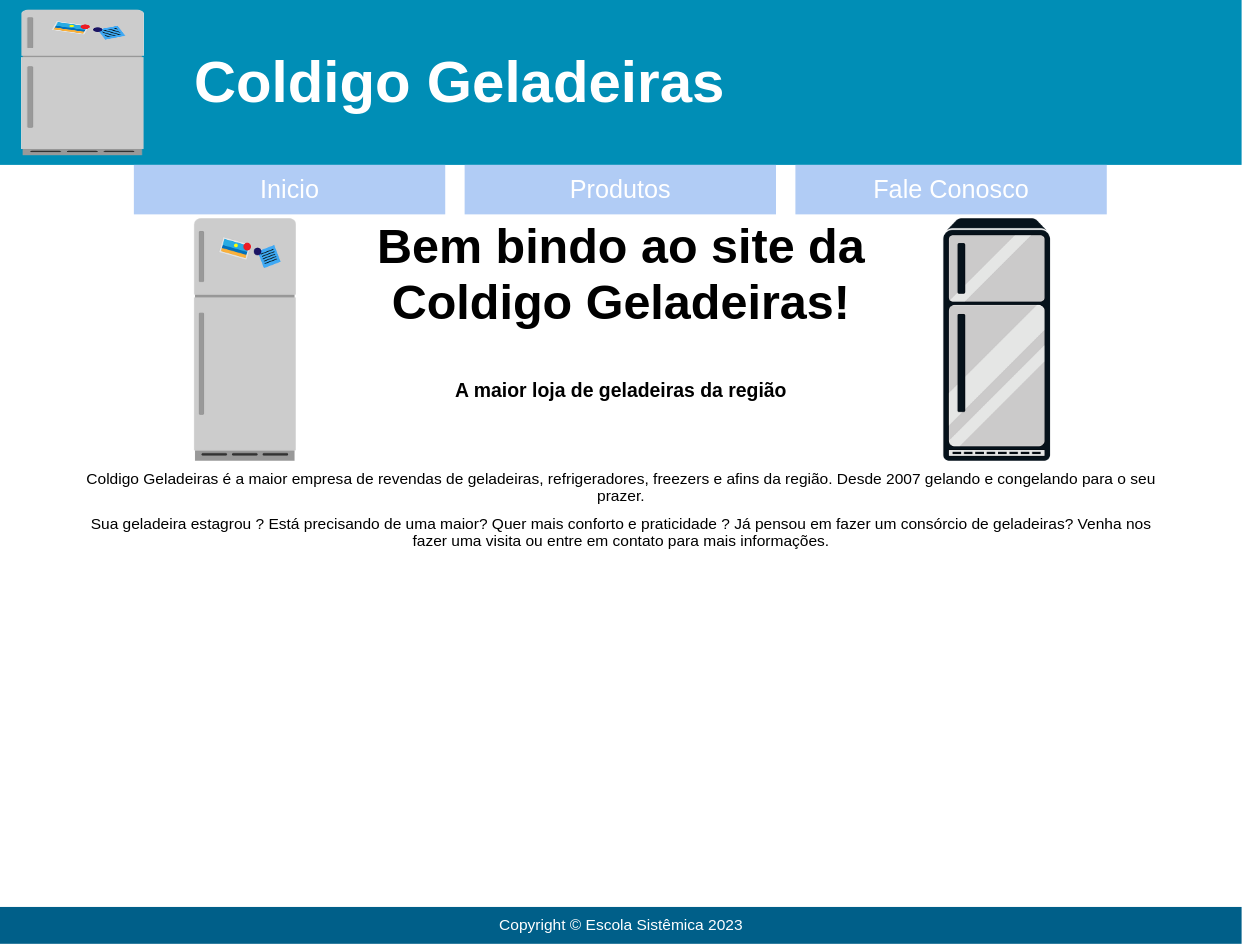
Repository: Fernandowarmling/Senai_Coldigo_Geladeiras
Page: Senai_ProjetoTilhaWeb/ProjetoTrilhaWeb/src/main/webapp/index.html
These files come from the project's save history. The page is drawn as it stood at one moment and after the next save; the edit follows.
The browser window is 1280 px wide. The pictures show the whole page, at 97% of full size.

Above is the page before, as saved 2023-05-30 22:32:31.

### Senai_ProjetoTilhaWeb/ProjetoTrilhaWeb/src/main/webapp/index.html
<!DOCTYPE html>
<html lang="pt-br">

<head>
    <meta charset="UTF-8">
    <meta name="descripiton" content="Site da Coldigos Refrigeração">
    <meta name="keywords" content="Geladeiras, Frost-Free, Refrigeração">
    <meta name="author" content="Escola Sistêmica">
    <meta name="viewport" content="width=device-width, initial-scale=1.0">
    <title>Coldigo Geladeiras</title>
    <link rel="stylesheet" type="text/css" href="css/site.css">
        <script src="https://code.jquery.com/jquery-3.6.4.min.js" integrity="sha256-oP6HI9z1XaZNBrJURtCoUT5SUnxFr8s3BzRl+cbzUq8=" crossorigin="anonymous"></script>
    <script src="js/site.js"></script>
</head>

<body>
    <header>
    </header>
    <nav>
    </nav>
    <section>
        <div id="topo">
            <img src="../../webapp/imgs/geladeira1.png" alt="imagem de uma geladeira" class="geladeira esquerda">
            <div id="titulos">
                <h2 class="indexsectionh2">Bem bindo ao site da <br>Coldigo Geladeiras!</h2>
                <h3 class="indexsectionh3">A maior loja de geladeiras da região</h3>
            </div>
            <img src="../WebContent/imgs/geladeira2.png" alt="Imagem de uma geladeira" class="geladeira direita">
        </div>
        <p>Coldigo Geladeiras é a maior empresa de revendas de geladeiras, refrigeradores, freezers e afins da região.
            Desde 2007 gelando e congelando para o seu prazer. </p>
        <p>Sua geladeira estagrou ? Está precisando de uma maior? Quer mais conforto e praticidade ? Já pensou em fazer
            um consórcio de geladeiras?
            Venha nos fazer uma visita ou entre em contato para mais informações.</p>




    </section>
    <footer></footer>
</body>

</html>

### Senai_ProjetoTilhaWeb/ProjetoTrilhaWeb/src/main/webapp/css/site.css
@charset "UTF-8";

/* Configuração geral corpo da pagina */

body {
	margin: 0 auto;
	font-family: "Century Gothic", sans-serif;
}

/*
Configurações gerais
*/

/*Cabeçalho */

header {
	height: 170px;
	background-color: #008eb6;
}

header img {
	float: left;
	height: 150px;
	width: 150px;
	margin: 10px;
}

header h1 {
	float: left;
	margin: 50px 0 0 30px;
	font-size: 60px;
	color: #ffffff;
}

/*Menu*/

nav {
	clear: both;
	width: 80%;
	margin: 0px auto;
	height: 55px;
}

nav a {
	color: white;
	text-decoration: none;
	text-align: center;
}

nav .opcao {
	float: left;
	width: 31.3%;
	background-color: #b1ccf5;
	padding: 10px 0;
	margin: 0 1%;
	font-size: 26px;
}

nav .opcao:hover {
	background-color: #83adf3;
}

/*área geral para cconteudos especificos de cada pagina*/
section {
	clear: both;
	min-height: 710px;
	width: 100%;
	margin-top: 0px;
}

/*rodape*/
footer {
	background-color: #005f89;
	color: #fff;
	text-align: center;
	padding: 10px;
}

/****************************** Configuração da página inicial*************************************/

section #topo {
	width: 900px;
	margin: 0px auto;
	height: 250px;
	/*background-color: red;*/
}

.geladeira {
	height: 250px;
	width: 125px;
}

.direita {
	float: right;
}

.esquerda {
	float: left;
}

section #titulos {
	float: left;
	height: 250px;
	width: 650px;
	margin: 0px auto;
}

.indexsectionh2 {
	text-align: center;
	margin-top: 0px;
	margin-bottom: 10px;
	font-size: 50px;

}

.indexsectionh3 {
	text-align: center;
	margin-top: 50px;
	font-size: 20px;
}

section p {
	clear: both;
	text-align: center;
	margin: 10px 80px;
}

/*****************************Configuração tabela do produtos *********************/

.tabelaProdutos {
	margin: 10px auto;
	text-align: center;
}

.tituloTabela {
	text-align: center;
	font-size: 30px;
	font-weight: bold;
	color: #fff;
	padding: 5px;
	border: transparent;
}

tr,
td,
th {
	border: 1px solid #B0C4DE;
	padding: 5px;
}

tr,
td {
	font-size: 14px;
}

tr:nth-child(even) {
	background-color: #b1ccf5;
}

tr:nth-child(odd) {
	background-color: #83afd3;
}

/********************************Configuração da pagina fale conosco *******************************/

.faleConosco {
	width: 300px;
	margin: 0px auto;
	font-weight: bold;
	margin-bottom: 10px;
}

.faleConosco input, .faleConosco textarea, .faleConosco select{
	margin: 5px auto;
	width: 100%;
	padding: 5px 0;
}

.faleConosco textarea{
	height: 100px;
	resize: none;
}

.faleConosco button{
	width: 30%;
	margin: 0 10%;
	background-color: #b1ccf5;
	font-weight: bold;
	font-size: 16px;
}

### Senai_ProjetoTilhaWeb/ProjetoTrilhaWeb/src/main/webapp/js/site.js
function validaFaleConosco() {
    /*    if (document.frmfaleconosco.txtnome.value == "") {
            alert("Preecha o campo Nome.");
            document.frmfaleconosco.txtnome.focus();
            return false;
        }
    */
    var nome = document.frmfaleconosco.txtnome.value
    var expRegNome = new RegExp("^[A-zÀ-ü]{3,}([ ]{1}[A-zÀ-ü]{2,})+$");
    if (!expRegNome.test(nome)) {
        alert("Preencha o campo Nome correntamente.");
        document.frmfaleconosco.txtnome.focus();
        return false;
    }

    /*if (document.frmfaleconosco.txtfone.value == "") {
        alert("Preencha o campo Telefone");
        document.frmfaleconosco.txtfone.focus();
        return false;
    }*/

    var fone = document.frmfaleconosco.txtfone.value;
    var expRegFone = new RegExp("^[(]{1}[1-9]{2}[)]{1}[0-9]{4,5}[-]{1}[0-9]{4}$");

    if (!expRegFone.test(fone)) {
        alert("Preencha o campo Telefone corretamente.");
        document.frmfaleconosco.txtfone.focus();
        return false;
    }


    if (document.frmfaleconosco.txtemail.value == "") {
        alert("Preencha o campo E-mail");
        document.frmfaleconosco.txtemail.focus();
        return false;
    }

    if (document.frmfaleconosco.txacomentario.value == "") {
        alert("Preencha o campo Comentario");
        document.frmfaleconosco.txacomentario.focus();
        return false;
    }
}

function verificaMotivo(motivo) {
    var elemento = document.getElementById("opcaoProduto");
    if (motivo == "PR") {
        var select = document.createElement("select");

        select.setAttribute("name", "selproduto");

        var option = document.createElement("option");

        option.setAttribute("value", "FR");

        var texto = document.createTextNode("Freezer");

        option.appendChild(texto);

        select.appendChild(option);

        var option = document.createElement("option");

        option.setAttribute("value", "GE");

        var texto = document.createTextNode("Geladeira");

        option.appendChild(texto);

        select.appendChild(option);

        elemento.appendChild(select);

    } else {
        if (elemento.firstChild) {
            elemento.removeChild(elemento.firstChild);
        }
    }
}/* Fim de verificação de fale conosco*/

// assim que o documento HTML for carregado por completo ....
$(document).ready(function(){
    //carrega cabeçalho,menu e rodape aos respectivos locais
    $("header").load("/ProjetoTrilhaWeb/WebContent/pages/general/cabecalho.html");
    $("nav").load("/ProjetoTrilhaWeb/WebContent/pages/general/menu.html");
    $("footer").load("/ProjetoTrilhaWeb/WebContent/pages/general/rodape.html");
});

### Senai_ProjetoTilhaWeb/ProjetoTrilhaWeb/src/main/webapp/pages/general/cabecalho.html
        <img src="/ProjetoTrilhaWeb/src/main/webapp/imgs/geladeira1.png" alt="Logo da Coldigo Geladeiras">
        <h1>Coldigo Geladeiras</h1>

### Senai_ProjetoTilhaWeb/ProjetoTrilhaWeb/src/main/webapp/pages/general/menu.html
<a href="/ProjetoTrilhaWeb/WebContent/index.html">
    <div class="opcao">Inicio</div>
</a>
<a href="/ProjetoTrilhaWeb/WebContent/pages/site/produtos.html">
    <div class="opcao">Produtos</div>
</a>
<a href="/ProjetoTrilhaWeb/WebContent/pages/site/faleconosco.html">
    <div class="opcao">Fale Conosco</div>
</a>

### Senai_ProjetoTilhaWeb/ProjetoTrilhaWeb/src/main/webapp/pages/general/rodape.html
Copyright &copy; Escola Sistêmica 2023

After the next save:
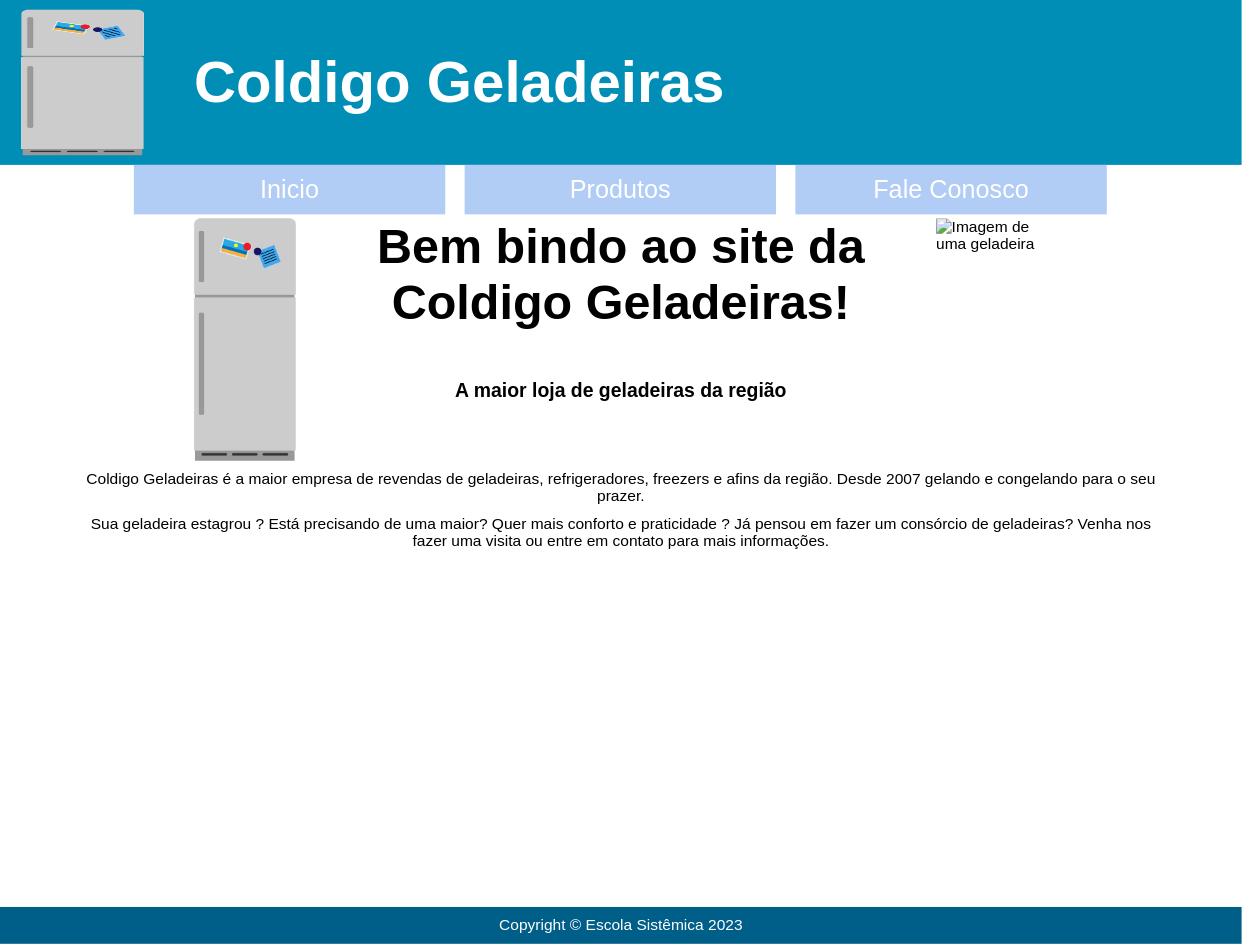
Not found: Senai_ProjetoTilhaWeb/ProjetoTrilhaWeb/src/main/webapp/ProjetoTrilhaWeb/src/main/webapp/imgs/geladeira2.png
Saved 87 s later.
--- a/Senai_ProjetoTilhaWeb/ProjetoTrilhaWeb/src/main/webapp/index.html
+++ b/Senai_ProjetoTilhaWeb/ProjetoTrilhaWeb/src/main/webapp/index.html
@@ -20,12 +20,12 @@
     </nav>
     <section>
         <div id="topo">
-            <img src="../../webapp/imgs/geladeira1.png" alt="imagem de uma geladeira" class="geladeira esquerda">
+            <img src="/ProjetoTrilhaWeb/src/main/webapp/imgs/geladeira1.png" alt="imagem de uma geladeira" class="geladeira esquerda">
             <div id="titulos">
                 <h2 class="indexsectionh2">Bem bindo ao site da <br>Coldigo Geladeiras!</h2>
                 <h3 class="indexsectionh3">A maior loja de geladeiras da região</h3>
             </div>
-            <img src="../WebContent/imgs/geladeira2.png" alt="Imagem de uma geladeira" class="geladeira direita">
+            <img src="/ProjetoTrilhaWeb/src/main/webapp/imgs/geladeira2.png" alt="Imagem de uma geladeira" class="geladeira direita">
         </div>
         <p>Coldigo Geladeiras é a maior empresa de revendas de geladeiras, refrigeradores, freezers e afins da região.
             Desde 2007 gelando e congelando para o seu prazer. </p>

After the 5 saves that followed:
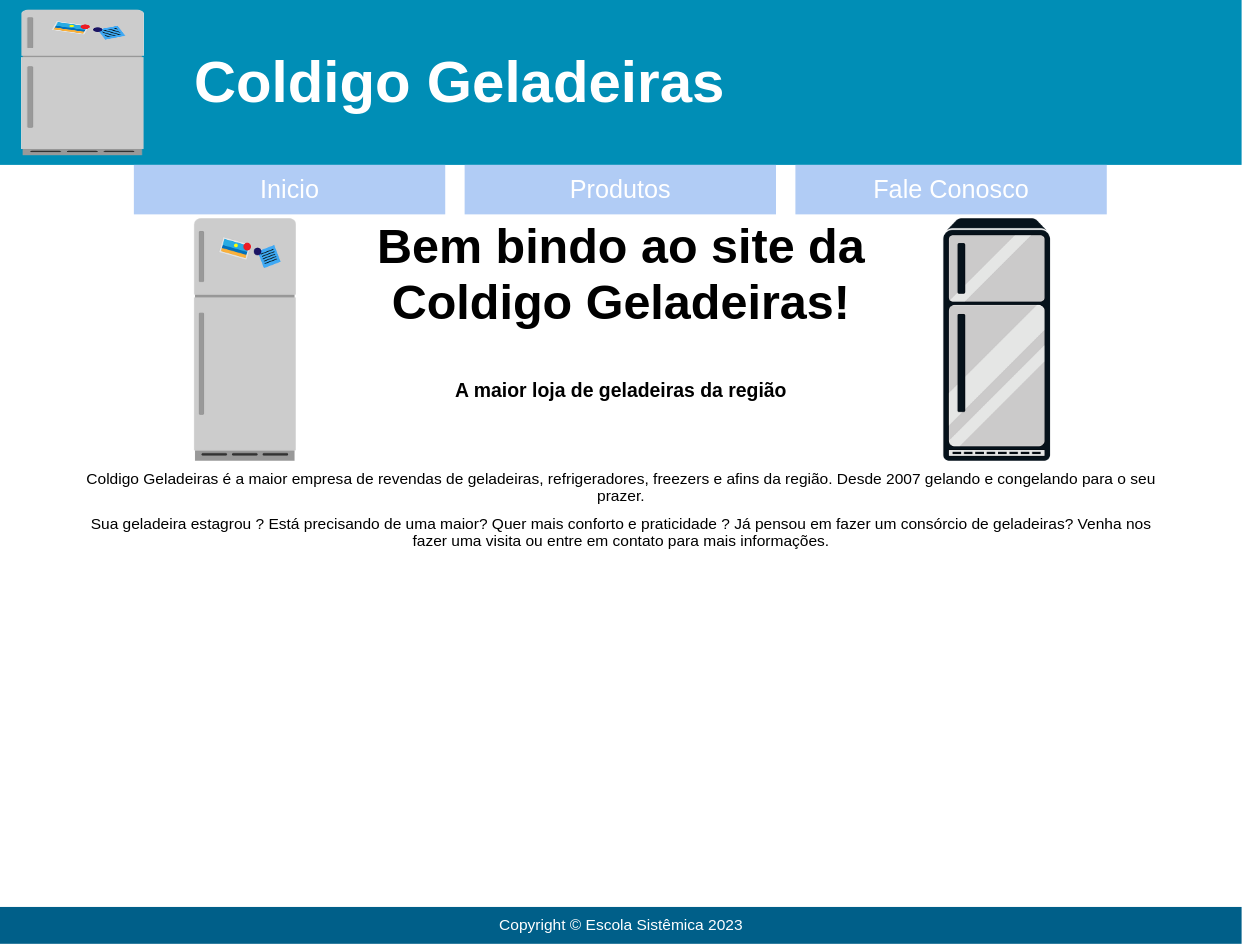
The 5 saves are shown as one change because 4 left the picture as it was.
The last was saved 5 min 2 s later.
--- a/Senai_ProjetoTilhaWeb/ProjetoTrilhaWeb/src/main/webapp/index.html
+++ b/Senai_ProjetoTilhaWeb/ProjetoTrilhaWeb/src/main/webapp/index.html
@@ -20,12 +20,12 @@
     </nav>
     <section>
         <div id="topo">
-            <img src="/ProjetoTrilhaWeb/src/main/webapp/imgs/geladeira1.png" alt="imagem de uma geladeira" class="geladeira esquerda">
+            <img src="imgs/geladeira1.png" alt="imagem de uma geladeira" class="geladeira esquerda">
             <div id="titulos">
                 <h2 class="indexsectionh2">Bem bindo ao site da <br>Coldigo Geladeiras!</h2>
                 <h3 class="indexsectionh3">A maior loja de geladeiras da região</h3>
             </div>
-            <img src="/ProjetoTrilhaWeb/src/main/webapp/imgs/geladeira2.png" alt="Imagem de uma geladeira" class="geladeira direita">
+            <img src="imgs/geladeira2.png" alt="Imagem de uma geladeira" class="geladeira direita">
         </div>
         <p>Coldigo Geladeiras é a maior empresa de revendas de geladeiras, refrigeradores, freezers e afins da região.
             Desde 2007 gelando e congelando para o seu prazer. </p>
